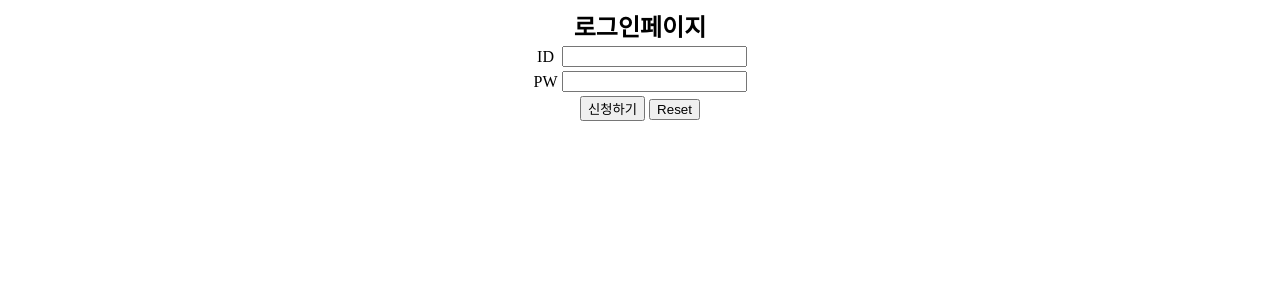
Repository: leejonggwon/Amora-Project
Page: http://localhost/MemberSystem/login.jsp
These files come from the project's save history. The page is drawn as it stood at one moment and after the next save; the edit follows.
The browser window is 1280 px wide. The pictures show the whole page.
The page is served by Tomcat 9.

Above is the page before, as saved 2023-07-23 02:06:49.

After the next save:
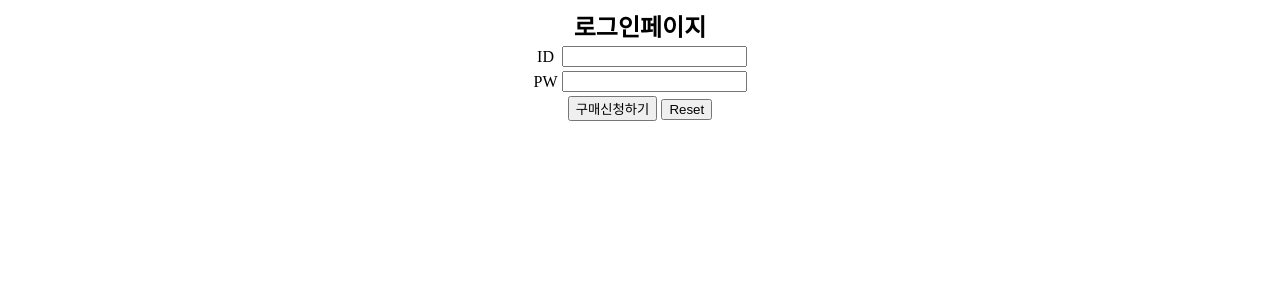
Saved 115 s later.
--- a/04.Server/MemberSystem/src/main/webapp/login.jsp
+++ b/04.Server/MemberSystem/src/main/webapp/login.jsp
@@ -29,7 +29,7 @@
 
             <tr>
                <td colspan="2">
-                  <input type="submit" value="신청하기">
+                  <input type="submit" value="구매신청하기">
                   <input type="reset">
                </td>
             </tr>
